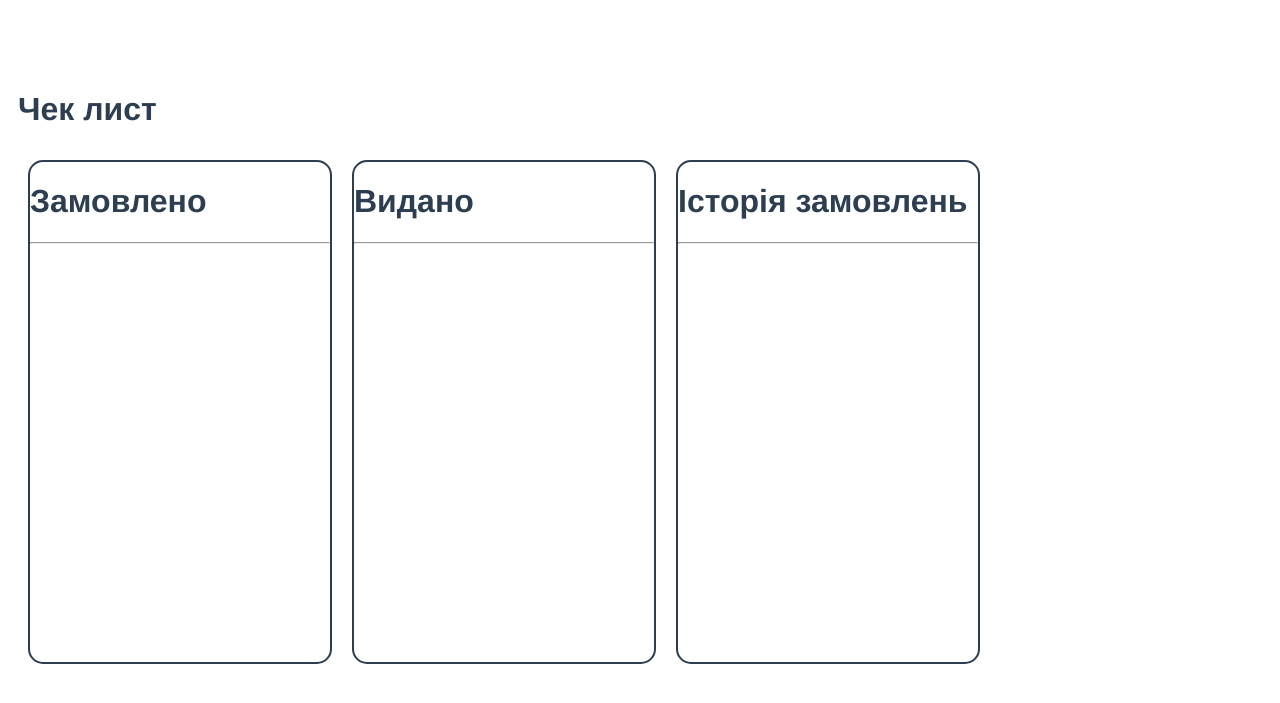
Repository: Salexandraa/HOME_Subotina
Page: / (app in order-list/)
An editor plug-in stored every save of this project. The page is shown before and after the next save, followed by the edit.
The browser window is 1280 px wide. The pictures show the whole page.
The project was rebuilt for these pictures with package versions that can differ from the ones it lists, and the page was loaded fresh each time.

Above is the page before, as saved 2020-10-09 17:04:46.

After the next save:
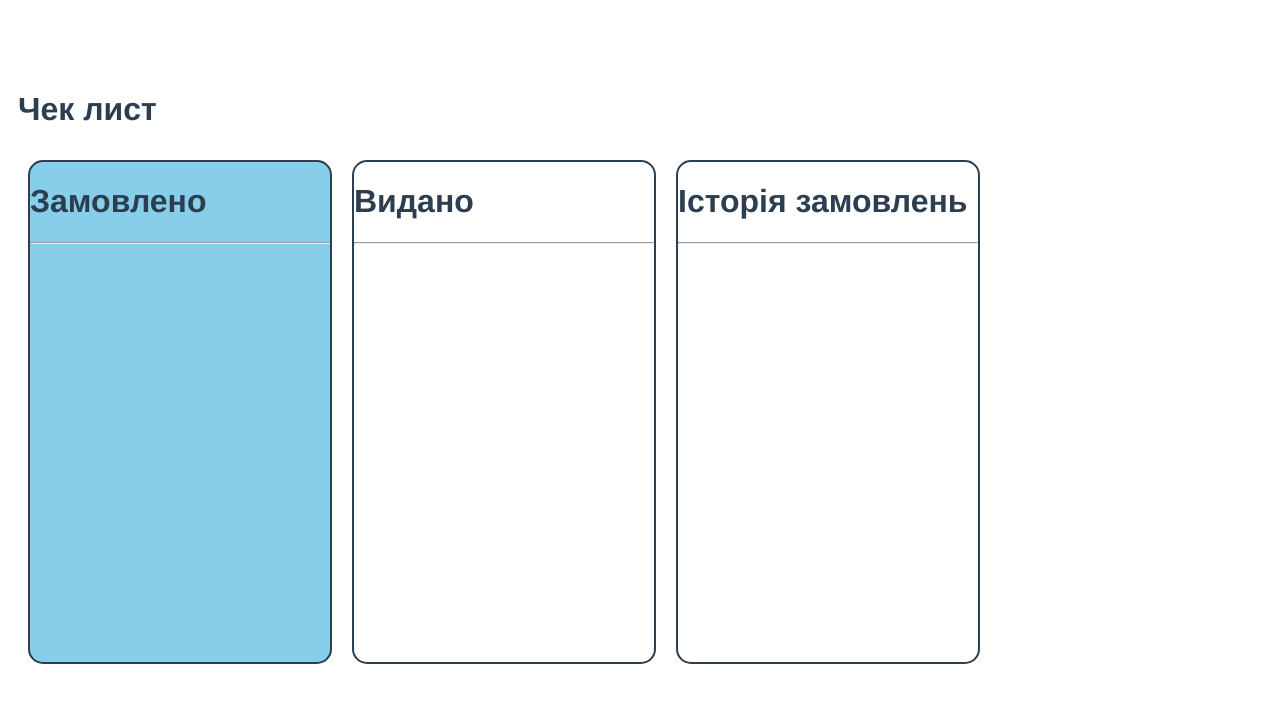
Saved 35 s later.
--- a/order-list/src/components/CheckList/Reserved/index.vue
+++ b/order-list/src/components/CheckList/Reserved/index.vue
@@ -45,5 +45,6 @@
     height: 500px;
     border: 2px solid;
     border-radius: 15px;
+    background-color: skyblue;
 }
 </style>
